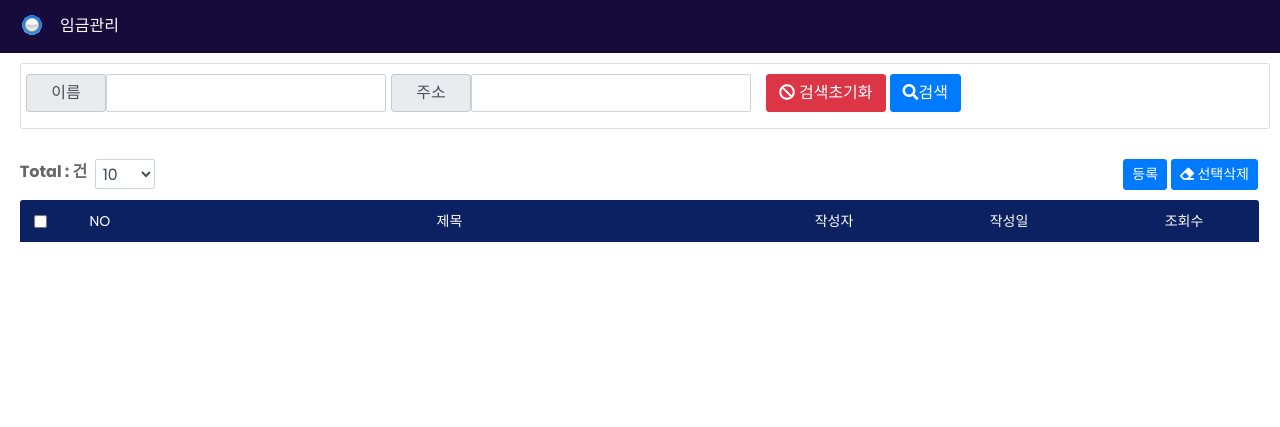
Repository: kimnamgu/GangNamGu
Page: http://localhost/manpower/WEB-INF/jsp/manage/paymentMng.jsp
The author's editor kept a copy of each file at every save. The page is drawn from the files as they stood at one save, then again after the next save.
The browser window is 1280 px wide. The pictures show the whole page.
The page is served by Tomcat 9. Nobody is signed in. The template is opened directly, without the code that normally fills it, so the values that code supplies are empty.

Above is the page before, as saved 2020-11-04 01:49:15.
Console error: TypeError: Cannot read properties of undefined (reading 'replace')

After the next save:
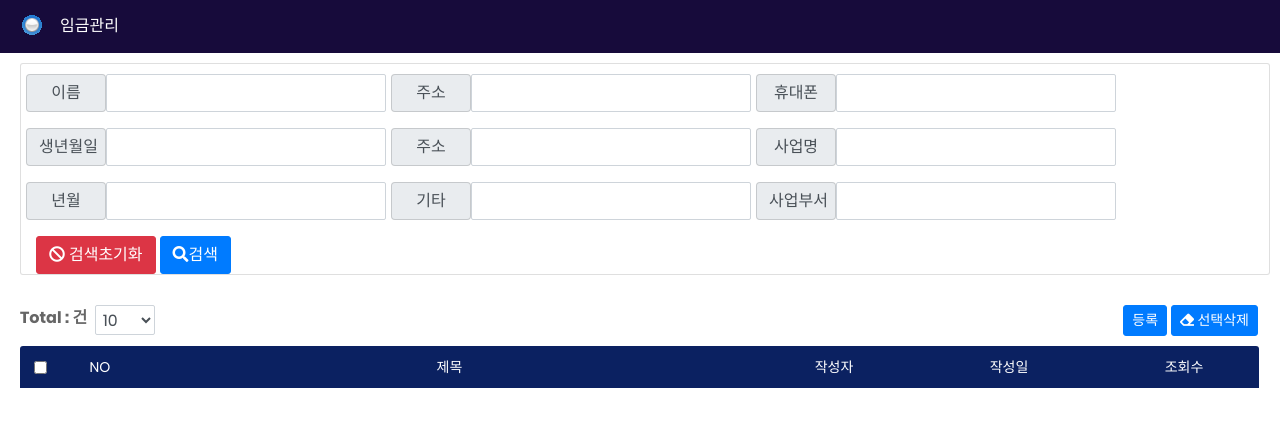
Saved 87 s later.
--- a/manpower/src/main/webapp/WEB-INF/jsp/manage/paymentMng.jsp
+++ b/manpower/src/main/webapp/WEB-INF/jsp/manage/paymentMng.jsp
@@ -345,6 +345,55 @@
 							<input type="text" id="NAME" name="NAME" value="" class="form-control">
 						</div>
 					</div>
+
+					<div class="form-group" style="width: 360;float:left;margin-left:5px;">
+						<div class="input-group">
+							<div class="input-group-addon" style="width: 80px;">휴대폰</div>
+							<input type="text" id="NAME" name="NAME" value="" class="form-control">
+						</div>
+					</div>
+
+					<div class="form-group" style="width: 360;float:left;margin-left:5px;">
+						<div class="input-group">
+							<div class="input-group-addon" style="width: 80px;">생년월일</div>
+							<input type="text" id="NAME" name="NAME" value="" class="form-control">
+						</div>
+					</div>
+
+					<div class="form-group" style="width: 360;float:left;margin-left:5px;">
+						<div class="input-group">
+							<div class="input-group-addon" style="width: 80px;">주소</div>
+							<input type="text" id="NAME" name="NAME" value="" class="form-control">
+						</div>
+					</div>
+
+					<div class="form-group" style="width: 360;float:left;margin-left:5px;">
+						<div class="input-group">
+							<div class="input-group-addon" style="width: 80px;">사업명</div>
+							<input type="text" id="NAME" name="NAME" value="" class="form-control">
+						</div>
+					</div>
+
+					<div class="form-group" style="width: 360;float:left;margin-left:5px;">
+						<div class="input-group">
+							<div class="input-group-addon" style="width: 80px;">년월</div>
+							<input type="text" id="NAME" name="NAME" value="" class="form-control">
+						</div>
+					</div>
+
+					<div class="form-group" style="width: 360;float:left;margin-left:5px;">
+						<div class="input-group">
+							<div class="input-group-addon" style="width: 80px;">기타</div>
+							<input type="text" id="NAME" name="NAME" value="" class="form-control">
+						</div>
+					</div>
+
+					<div class="form-group" style="width: 360;float:left;margin-left:5px;">
+						<div class="input-group">
+							<div class="input-group-addon" style="width: 80px;">사업부서</div>
+							<input type="text" id="NAME" name="NAME" value="" class="form-control">
+						</div>
+					</div>
 				</div>
 			</div>
 			<div class="form-actions form-group">
